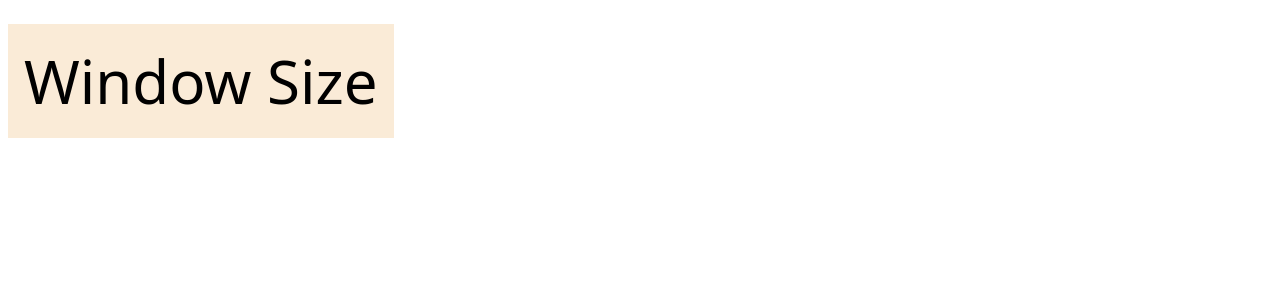
Repository: sephinejo/frontend-browser-101
Page: browser/window_size.html
An editor plug-in stored every save of this project. The page is shown before and after the next save, followed by the edit.
The browser window is 1280 px wide. The pictures show the whole page.

Above is the page before, as saved 2023-05-10 12:18:13.

### browser/window_size.html
<!DOCTYPE html>
<html lang="en">
  <head>
    <meta charset="UTF-8" />
    <meta http-equiv="X-UA-Compatible" content="IE=edge" />
    <meta name="viewport" content="width=device-width, initial-scale=1.0" />
    <title>Window Sizes</title>
    <style>
      .tag {
        display: inline-block;
        background-color: antiquewhite;
        padding: 16px;
        margin-top: 16px;
        font-size: 60px;
        font-family: system-ui, -apple-system, BlinkMacSystemFont, 'Segoe UI',
          Roboto, Oxygen, Ubuntu, Cantarell, 'Open Sans', 'Helvetica Neue',
          sans-serif;
      }
    </style>
  </head>
  <body>
    <div class="tag">Window Size</div>
    <script>
      window.addEventListener('resize', () => {
        console.log(
          `window.screen: ${window.screen.width}, ${window.screen.height}`
        );
        console.log(
          `window.outer: ${window.outerWidth}, ${window.outerHeight}`
        );
        console.log(
          `window.inner: ${window.innerWidth}, ${window.innerHeight}`
        );
        console.log(
          `documentElement.clientWidth: ${document.documentElement.clientWidth}, ${document.documentElement.clientHeight}`
        );
      });
    </script>
  </body>
</html>

After the next save:
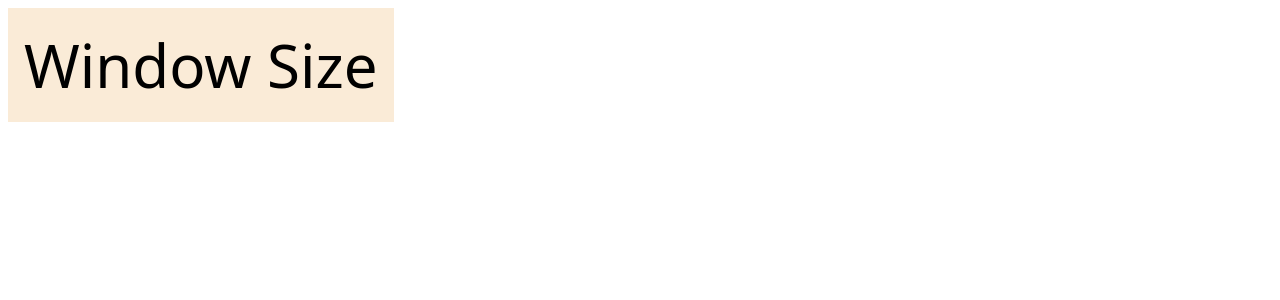
Saved 31 s later.
--- a/browser/window_size.html
+++ b/browser/window_size.html
@@ -10,7 +10,6 @@
         display: inline-block;
         background-color: antiquewhite;
         padding: 16px;
-        margin-top: 16px;
         font-size: 60px;
         font-family: system-ui, -apple-system, BlinkMacSystemFont, 'Segoe UI',
           Roboto, Oxygen, Ubuntu, Cantarell, 'Open Sans', 'Helvetica Neue',
